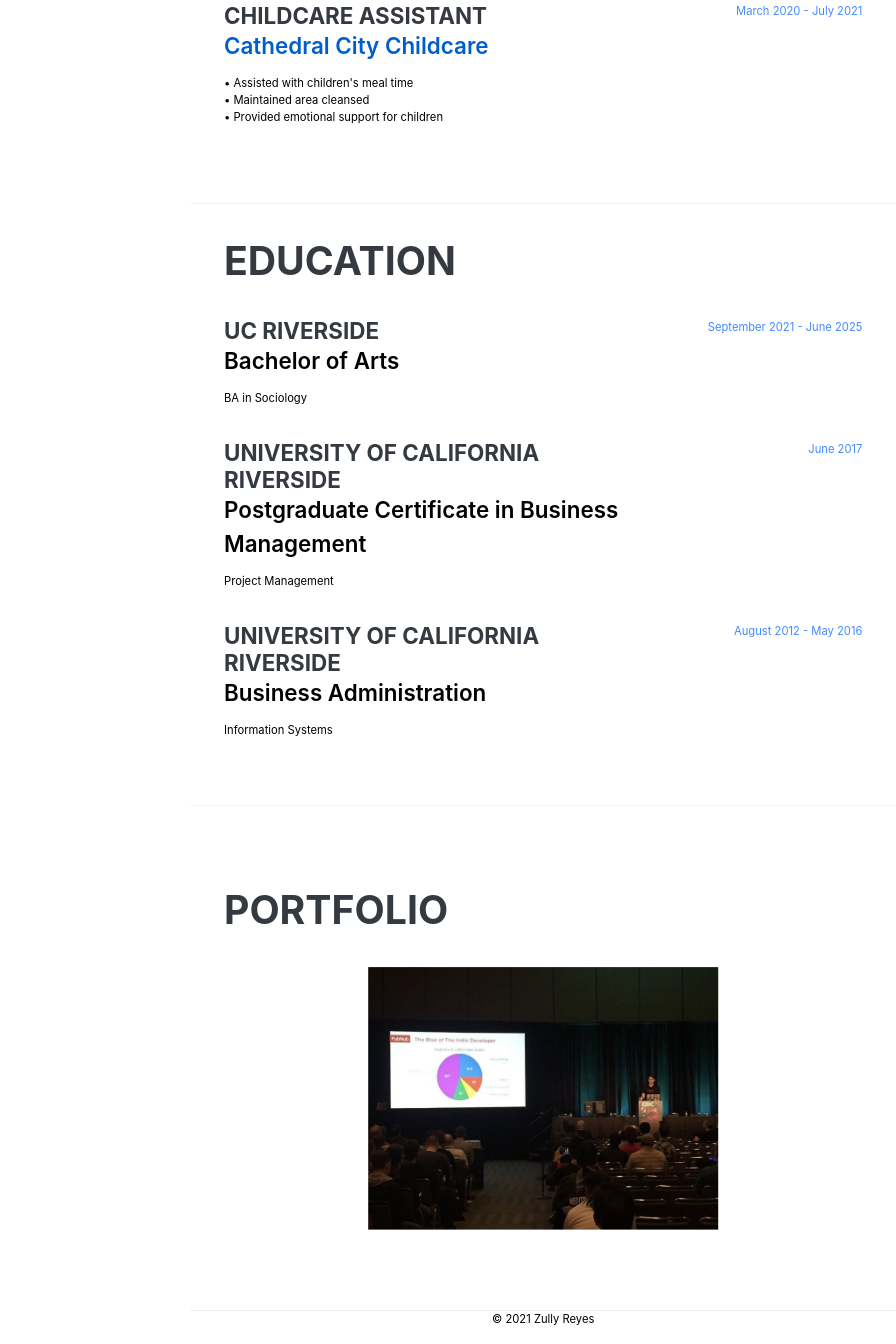
Repository: zreye/ZullyReyes-Resume
Page: LearnCS8-Resume/index.html
The author's editor kept a record of every edit. The page is drawn from the files as they stood at one moment, then again after the next edit.
The browser window is 1280 px wide. The pictures show the part of the page from y = 1372 to 3292 px (the page is 3292 px tall before and 3153 px after), at 70% of full size.
Some web fonts or font styles are not loaded; a fallback is used.

Above is the page before.

After the next edit:
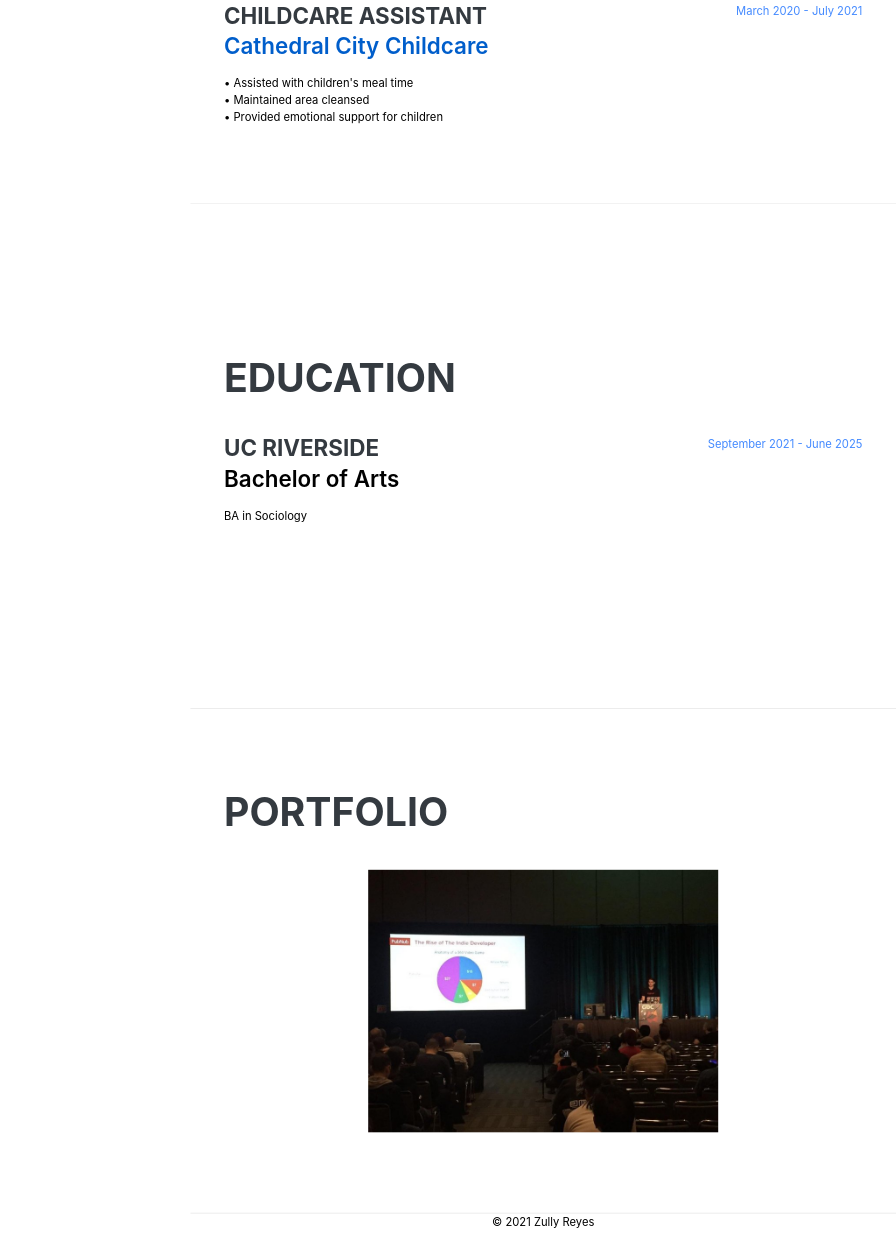
The edit:
--- a/LearnCS8-Resume/index.html
+++ b/LearnCS8-Resume/index.html
@@ -159,27 +159,6 @@
           </div>
         </div>
 
-        <div class="resume-item d-flex flex-column flex-md-row justify-content-between mb-5 education">
-          <div class="resume-content">
-            <h3 class="mb-0">University of California Riverside</h3>
-            <div class="subheading mb-3">Postgraduate Certificate in Business Management</div>
-            <div>Project Management</div>
-          </div>
-          <div class="resume-date text-md-right">
-            <span class="text-primary">June 2017</span>
-          </div>
-        </div>
-
-        <div class="resume-item d-flex flex-column flex-md-row justify-content-between mb-5 education">
-          <div class="resume-content">
-            <h3 class="mb-0">University of California Riverside</h3>
-            <div class="subheading mb-3">Business Administration</div>
-            <div>Information Systems</div>
-          </div>
-          <div class="resume-date text-md-right">
-            <span class="text-primary">August 2012 - May 2016</span>
-          </div>
-        </div>
 
       </div>
     </section>
